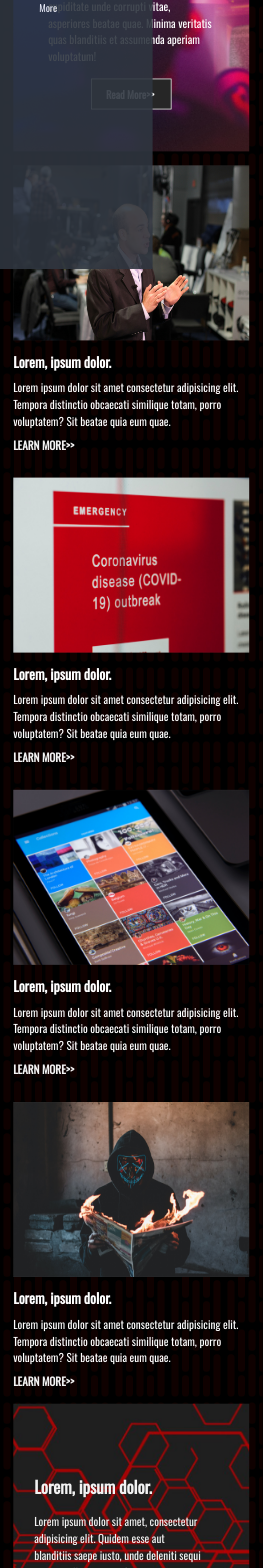
Repository: NickArregoces/News_Web
Page: index.html
An editor plug-in stored every save of this project. The page is shown before and after the next save, followed by the edit.
The browser window is 375 px wide. The pictures show the part of the page from y = 415 to 2655 px (the page is 5923 px tall before and 6083 px after), at 70% of full size.

Above is the page before, as saved 2021-12-24 21:12:18.

### index.html
<!DOCTYPE html>
<html lang="en">
<head>
    <meta charset="UTF-8">
    <meta http-equiv="X-UA-Compatible" content="IE=edge">
    <meta name="viewport" content="width=device-width, initial-scale=1.0">
    <title>TechNews</title>
    <!--FONT AWESOME-->
    <link rel="stylesheet" href="https://cdnjs.cloudflare.com/ajax/libs/font-awesome/6.0.0-beta3/css/all.min.css">

    <link rel="stylesheet" href="style.Css">
    <!--Oswald FONTS-->
    <link rel="preconnect" href="https://fonts.googleapis.com">
<link rel="preconnect" href="https://fonts.gstatic.com" crossorigin>
<link href="https://fonts.googleapis.com/css2?family=Oswald:wght@200;300;400&display=swap" rel="stylesheet">
</head>
<body>


    <div class="menu-btn">
        <i class="fas fa-bars fa-2x" ></i><!---fa-2x doble del tamañp-->

    </div>

    <div class="container">

        <nav class ="nav-main">
            <img src="img/brand.png" alt="" class="nav-brand">

            <ul class="nav-menu show">
                <li>
                    <a href="#">Web Development</a>
                </li>
                <li>
                    <a href="#">blochain</a>
                </li>
                <li>
                    <a href="#">Artificial Intelligence</a>
                </li>
                <li>
                    <a href="#">Machine Learning</a>
                </li>
                <li>
                    <a href="#">Quantum Computing</a>
                </li>
                <li>
                    <a href="#">Startup</a>
                </li>
                <li>
                    <a href="#">More</a>
                </li>
            </ul>
            <ul class="nav-menu-right">
                <li>
                    <a href="">
                        <i class="fas fa-search"></i>
                    </a>
                </li>
            </ul>
        </nav>
        <hr> <!--Crea una linea -->


        <!--Showcase=Imagen pricnipal-->
        <header class="showcase">
            <h2>Big News Today</h2>
            <p>Lorem ipsum dolor sit, amet consectetur adipisicing elit. A laboriosam eaque, praesentium suscipit velit harum cupiditate unde corrupti vitae, asperiores beatae quae. Minima veritatis quas blanditiis et assumenda aperiam voluptatum!</p>
        <!--lorem30 te crea 30 palabras-->
            <a class="btn" href="#">Read More>> <i class="fas fa-angles-double-right"></i></a>
        </header>

        <!--NEWS CARDS(COLUMNAS)-->
        <div class="news-cards">
            <div class="">
                <img src="img/news1.jpg" alt="News 1">
                <h3>Lorem, ipsum dolor.</h3>
                <p>Lorem ipsum dolor sit amet consectetur adipisicing elit. Tempora distinctio obcaecati similique totam, porro voluptatem? Sit beatae quia eum quae.</p>
                <a href="">Learn More>><i class="fas fa-amgle-dpuble-right"></i></a>
            </div>
            <div class="">
                <img src="img/news2.jpg" alt="News 2">
                <h3>Lorem, ipsum dolor.</h3>
                <p>Lorem ipsum dolor sit amet consectetur adipisicing elit. Tempora distinctio obcaecati similique totam, porro voluptatem? Sit beatae quia eum quae.</p>
                <a href="">Learn More>><i class fas fa-amgle-dpuble-right></i></a>
            </div>
            <div class="">
                <img src="img/news3.jpg" alt="News 3">
                <h3>Lorem, ipsum dolor.</h3>
                <p>Lorem ipsum dolor sit amet consectetur adipisicing elit. Tempora distinctio obcaecati similique totam, porro voluptatem? Sit beatae quia eum quae.</p>
                <a href="">Learn More>><i class="fas fa-amgle-dpuble-right" ></i></a>
            </div>
            <div class="">
                <img src="img/news4.jpg" alt="News 4">
                <h3>Lorem, ipsum dolor.</h3>
                <p>Lorem ipsum dolor sit amet consectetur adipisicing elit. Tempora distinctio obcaecati similique totam, porro voluptatem? Sit beatae quia eum quae.</p>
                <a href="">Learn More>><i class="fas fa-amgle-dpuble-right"></i></a>
            </div>
        </div>

        <div>

            <section class="cards-banner-one">
                <div class="content">
                    <h2>Lorem, ipsum dolor.</h2>
                    <p>Lorem ipsum dolor sit amet, consectetur adipisicing elit. Quidem esse aut blanditiis saepe iusto, unde deleniti sequi totam mollitia tenetur?</p>
                    <a href="#" class="btn">Learn More <i class="fas fa-amgle-dpuble-right"></i></a>
                </div>

            </section>

            <!--NEWS CARDS(COLUMNAS)-->
        <div class="news-cards">
            <div class="">
                <img src="img/news1.jpg" alt="News 1">
                <h3>Lorem, ipsum dolor.</h3>
                <p>Lorem ipsum dolor sit amet consectetur adipisicing elit. Tempora distinctio obcaecati similique totam, porro voluptatem? Sit beatae quia eum quae.</p>
                <a href="">Learn More>><i class="fas fa-amgle-dpuble-right"></i></a>
            </div>
            <div class="">
                <img src="img/news2.jpg" alt="News 2">
                <h3>Lorem, ipsum dolor.</h3>
                <p>Lorem ipsum dolor sit amet consectetur adipisicing elit. Tempora distinctio obcaecati similique totam, porro voluptatem? Sit beatae quia eum quae.</p>
                <a href="">Learn More>><i class fas fa-amgle-dpuble-right></i></a>
            </div>
            <div class="">
                <img src="img/news3.jpg" alt="News 3">
                <h3>Lorem, ipsum dolor.</h3>
                <p>Lorem ipsum dolor sit amet consectetur adipisicing elit. Tempora distinctio obcaecati similique totam, porro voluptatem? Sit beatae quia eum quae.</p>
                <a href="">Learn More>><i class="fas fa-amgle-dpuble-right" ></i></a>
            </div>
            <div class="">
                <img src="img/news4.jpg" alt="News 4">
                <h3>Lorem, ipsum dolor.</h3>
                <p>Lorem ipsum dolor sit amet consectetur adipisicing elit. Tempora distinctio obcaecati similique totam, porro voluptatem? Sit beatae quia eum quae.</p>
                <a href="">Learn More>><i class="fas fa-amgle-dpuble-right"></i></a>
            </div>
        </div>

        <section class="cards-banner-two">
            <div class="content">
                <h2>Lorem, ipsum dolor.</h2>
                <p>Lorem ipsum dolor sit amet consectetur adipisicing elit. Architecto ipsum consectetur minus esse nobis laudantium nam molestias repellendus obcaecati debitis soluta cumque voluptates, neque asperiores quibusdam consequatur, exercitationem recusandae ad.</p>
                <a href="#" class="btn">Learn More <i class="fas fa-angles-double-right"></i> </a>
            </div>
        </section>

        <section class="social">

                <p> Follow TechNews</p>
                <div class="links">
                    <a href="#"><!--Se crean lo iconos automaticamente-->
                        <i class="fab fa-facebook-f"></i>
                    </a>
                <a href="#">
                    <i class="fab fa-twitter"></i>
                </a>
                <a href="#">
                    <i class="fab fa-linkedin"></i>
                </a>

                </div>

        </section>

        </div>

    </div>

    <div class="footer-links">
        <div class="footer-container">
            <ul>
                <li>
                    <a href="#">
                        <h3>TITLE ONE</h3>
                    </a>
                </li>
                <li>
                    <a href="#">
                        <h3>Blokchain</h3>
                    </a>
                </li>
                <li>
                    <a href="#">
                        <h3>Blokchain</h3>
                    </a>
                </li>
                <li>
                    <a href="#">
                        <h3>Blokchain</h3>
                    </a>
                </li>
                <li>
                    <a href="#">
                        <h3>Blokchain</h3>
                    </a>
                </li>
                <li>
                    <a href="#">
                        <h3>Blokchain</h3>
                    </a>
                </li>
                <li>
                    <a href="#">
                        <h3>Blokchain</h3>
                    </a>
                </li>
                <li>
                    <a href="#">
                        <h3>Blokchain</h3>
                    </a>
                </li>
            </ul>

            <ul>
                <li>
                    <a href="#">
                        <h3>TITLE ONE</h3>
                    </a>
                </li>
                <li>
                    <a href="#">
                        <h3>Blokchain</h3>
                    </a>
                </li>
                <li>
                    <a href="#">
                        <h3>Blokchain</h3>
                    </a>
                </li>
                <li>
                    <a href="#">
                        <h3>Blokchain</h3>
                    </a>
                </li>
                <li>
                    <a href="#">
                        <h3>Blokchain</h3>
                    </a>
                </li>
                <li>
                    <a href="#">
                        <h3>Blokchain</h3>
                    </a>
                </li>
                <li>
                    <a href="#">
                        <h3>Blokchain</h3>
                    </a>
                </li>
                <li>
                    <a href="#">
                        <h3>Blokchain</h3>
                    </a>
                </li>
            </ul>

            <ul>
                <li>
                    <a href="#">
                        <h3>TITLE ONE</h3>
                    </a>
                </li>
                <li>
                    <a href="#">
                        <h3>Blokchain</h3>
                    </a>
                </li>
                <li>
                    <a href="#">
                        <h3>Blokchain</h3>
                    </a>
                </li>
                <li>
                    <a href="#">
                        <h3>Blokchain</h3>
                    </a>
                </li>
                <li>
                    <a href="#">
                        <h3>Blokchain</h3>
                    </a>
                </li>
                <li>
                    <a href="#">
                        <h3>Blokchain</h3>
                    </a>
                </li>
                <li>
                    <a href="#">
                        <h3>Blokchain</h3>
                    </a>
                </li>
                <li>
                    <a href="#">
                        <h3>Blokchain</h3>
                    </a>
                </li>
            </ul>

            <ul>
                <li>
                    <a href="#">
                        <h3>TITLE ONE</h3>
                    </a>
                </li>
                <li>
                    <a href="#">
                        <h3>Blokchain</h3>
                    </a>
                </li>
                <li>
                    <a href="#">
                        <h3>Blokchain</h3>
                    </a>
                </li>
                <li>
                    <a href="#">
                        <h3>Blokchain</h3>
                    </a>
                </li>
                <li>
                    <a href="#">
                        <h3>Blokchain</h3>
                    </a>
                </li>
                <li>
                    <a href="#">
                        <h3>Blokchain</h3>
                    </a>
                </li>
                <li>
                    <a href="#">
                        <h3>Blokchain</h3>
                    </a>
                </li>
                <li>
                    <a href="#">
                        <h3>Blokchain</h3>
                    </a>
                </li>
            </ul>
        </div>
    </div>

    <footer class="footer">
        <h3>Tech News Copyright</h3>
    </footer>

    <script src="./main.js" ></script>
</body>
</html>

### style.Css
*{
    box-sizing: border-box;
    margin: 0;
    padding: 0;
}

body{
    background:#000000;
    color:#ffff;
    background-color: #000000;
    background-image: url("data:[embedded picture, 663 characters]");
    font-size: 16px;
    font-family: 'Oswald', sans-serif;
}

a{
    color: #ffff;
    text-decoration: none;
}

ul{
    list-style: none;
}
.container{
    width: 90%;/*responsive*/
    margin: auto;
    color: #ffff;/*MIO*/
}
/*Navigation*/
.nav-main{
    font-size: 17px;
    display: flex;/*Elememnto al lado de otro*/
    justify-content: space-between;
    align-items: center;
    height: 60px;
    padding: 20px 0px;
}
.nav-brand{
    width: 50px;
}

/*Nav Left*/
.nav-main ul{
    display:flex;
}

.nav-main ul li{
    padding: 10px;
}

.nav-main ul li a{
    padding: 6px;
}

.nav-main ul li a:hover {
    border-bottom: 2px solid #ffffff;
}
.nav-main ul.nav-menu{
    flex:1;
    margin-left: 20px;
}

.menu-btn {
    position: absolute;
    cursor: pointer;
    top: 15px;
    right: 30px;
    z-index: 2;
}

/*Showcase*/
hr{
    margin:10px 0px;
}
.showcase{
    width: 100%;
    height: 550px;
    /*Arreglar img */
    background: url(/img/showcase2.jpg) no-repeat center center/cover;
    padding: 50px;
    margin-bottom: 20px;/*Margen interna*/
    display:flex;
    flex-direction: column;
    align-items: center;/*centrar P*/
    justify-content: flex-end; /*p al final*/
}

.btn{
    cursor: pointer;
    display: inline-block;
    border: 0;
    font-weight: bold;
    padding: 10px 20px;
    background: #262626;
    color:#ffffff;
    font-size: 15px;
    border: 1px solid #ffff;
    margin:10px 0px;
}

.btn:hover{
    opacity: 0.7;
}

.showcase h2,
.showcase p{
    margin-bottom: 10px;
}

/*News CARS*/
.news-cards{
    display: grid;
    grid-template-columns: 1fr 1fr 1fr 1fr;/*4 columnas*/
    gap: 25px;/*espaciado card*/
    margin: 10px 0;
}

.news-cards img{
    width:100%;
    height:  180px;
}

.news-cards h3{
    font-size: 20px;
    margin:  10px 0;

}

.news-cards a{
    padding: 10px 0;
    color: #f2f2f2;
    text-transform: uppercase;
    display: inline-block;
    font-weight: bold;
}

.news-cards a:hover{
    text-decoration: underline; /*Line debajo*/
}

/*Cards-banner-one*/

.cards-banner-one {
    width: 100%;
    height: 350px;
    background: url(./img/tech-red.jpg) no-repeat center/cover;;
    margin-bottom: 40px;
}
.cards-banner-one .content{
    width: 40%;
    padding: 90px 0 0 30px;
    color: #f2f2f2;
}

.cards-banner-one p,
.cards-banner-one h2{
    margin: 10px 0 20px 0;
}

/*CARDS BANNER TWO*/

.cards-banner-two{
    background: url(./img/image-five.jpg) no-repeat center/cover;
    width: 100%;
    height: 350px;
}

.cards-banner-two .content{
    width: 50%;
    padding: 100px 0 0 30px;
}

/*Social*/
.social{
    margin: 50px;
}

.social p{
    text-align: center;
    font-size: 30px;
    margin-bottom: 20px;
}

.links{
    display: flex;
    align-items: center;
    justify-content: center;
}

.links a{
    margin: 0 25px;
}
.links a i{
    font-size: 3rem;
}

/*Footer-Links*/

.footer-links{
    background: #2f3640;
    color: #616161;
    font-size: 12px;
    padding: 35px 0;
}

.footer-container {
    display: grid;/*activa grid*/
    grid-template-columns: repeat(4, 1fr);
    gap: 10px;
    align-items: flex-start;
    justify-content: center;
}

.footer-container ul{
    margin:0 auto; /*Automaticamente margen separadas*/
}
.footer-container ul li{
    line-height: 2.8;
}

.footer{
    background: #2f3640;
    color: #616161;
    font-size: 12px;
    padding:20px 0;
    text-align: center;
    padding-bottom: 30px;
}

/*!RESPONSIVE*/
@media (max-width: 700px) {

    .nav-main ul.nav-menu{
        display: block; /*Los elementos de bajan en linea*/
        position: absolute;
        top: 0;
        left: 0;/*Para que quede al borde*/
        background: #2f3640;
        height: 100%;
        padding: 30px;
        opacity: .9;
        transform: translateX(-400px);/*se muestre el boton*/
        transition: transform .5s ease-in-out ;
    }

    .nav-main ul.nav-menu.show{
        transform: translateX(-20px);
    }

    .nav-main ul.nav-menu li{
        padding: 20px;
        /*border-bottom: #ccc solid 1px  para borde abajo*/
        font-size: 14px;
    }

    .nav-main ul.nav-menu-right{
        margin-right: 40px;
    }
    .news-cards {
        grid-template-columns: repeat(2, 1fr);
    }

    .cards-banner-one .content,
    .cards-banner-two .content{
        width: 80%;
    }

    .footer-links .footer-container{
        grid-template-columns: repeat(2, 1fr);
    }
}

@media (max-width: 500px) {
    .news-cards {
        grid-template-columns: 1fr;/* 1 columna*/
    }

    .news-cards img{
        height:  250px;
    }
}

### main.js
// boton
document.querySelector('.menu-btn').addEventListener('click', () => {// seleccionar un documento clase btn
    document.querySelector('.nav-menu').classList.toggle('show'); // claslist añadir o quitar la clase show
});

After the next save:
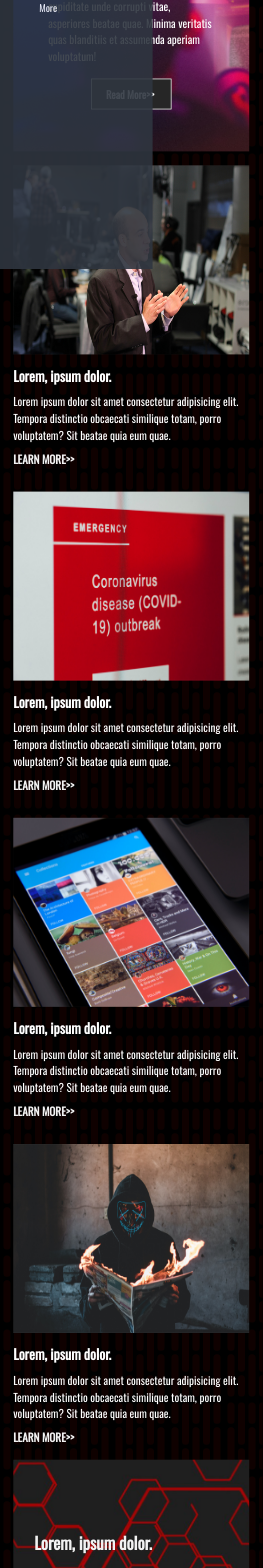
Saved 19 s later.
--- a/style.Css
+++ b/style.Css
@@ -276,6 +276,6 @@ hr{
     }
 
     .news-cards img{
-        height:  250px;
-    }
-}
+        height:  270px;
+    }
+}
